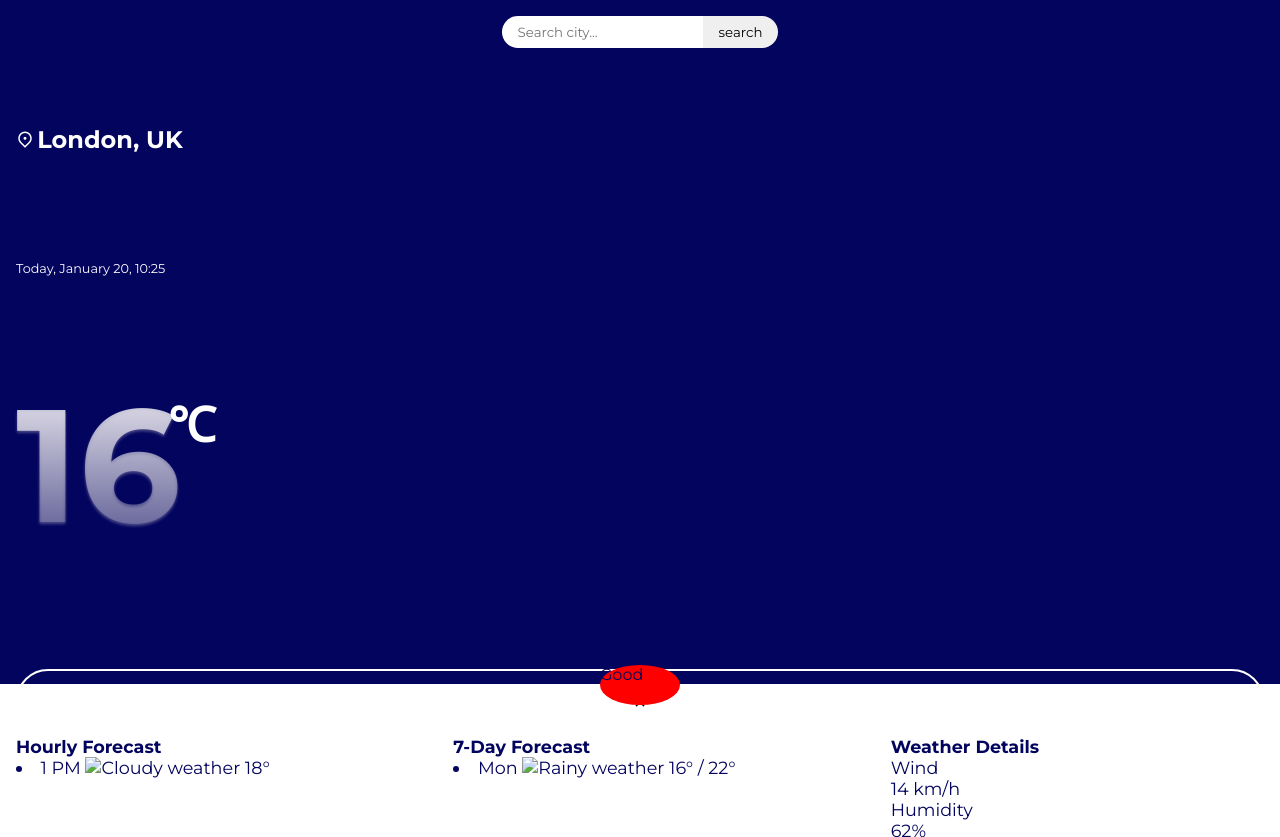
Repository: EguJaredoBoyd/Jared-Weather-App
Page: main.html
An editor plug-in stored every save of this project. The page is shown before and after the next save, followed by the edit.
The browser window is 1280 px wide. The pictures show the whole page.
Some icons come from a web library that is not loaded, so they are not drawn. Some web libraries are served in a nearby version.

Above is the page before, as saved 2026-01-30 20:25:03.

### main.html
<!doctype html>
<html lang="en">
  <head>
    <meta charset="UTF-8" />
    <meta name="viewport" content="width=device-width, initial-scale=1.0" />
    <link rel="preconnect" href="https://fonts.googleapis.com" />
    <link rel="preconnect" href="https://fonts.gstatic.com" crossorigin />
    <link
      href="https://fonts.googleapis.com/css2?family=Montserrat:ital,wght@0,100..900;1,100..900&display=swap"
      rel="stylesheet"
    />
    <link
      href="https://cdn.jsdelivr.net/npm/remixicon@4.8.0/fonts/remixicon.css"
      rel="stylesheet"
    />
    <link rel="stylesheet" href="./css/styles.css" />
    <script src="./js/main.js" defer></script>
    <title>Jared-Weather-App</title>
  </head>
  <body class="weather-app">
    <div class="weather-app__container">
      <header>
        <div class="search-place">
          <input
            type="text"
            placeholder="Search city..."
            aria-label="Search city"
          />
          <button>search</button>
        </div>
      </header>
      <main>
        <section class="current-weather">
          <div class="place-searched">
            <i class="ri-map-pin-2-line"></i>
            <h3 class="city-name">London, UK</h3>
          </div>
          <div class="date-today">
            <time datetime="2026-01-20T10:25">Today, January 20, 10:25</time>
          </div>
          <div class="place-temperature">
            <span class="place-temperature__measure"><h3>16</h3></span>
            <span class="place-temperature__degree"><h3>℃</h3></span>
          </div>
          <div class="place-forecast">
            <article class="forecast-item forecast-item--weather">
              <div>
                <span><i class="ri-drizzle-line"></i></span>
                <time datetime="23:00"> <h4>23:00</h4></time>
              </div>
              <p>Slight chance of rain</p>
            </article>
            <hr />

            <article class="forecast-item forecast-item--wind">
              <div>
                <span><i class="ri-arrow-right-up-long-line"></i></span>
                <h4>14 km/h</h4>
              </div>
              <p>Gentle breeze now</p>
            </article>
            <hr />

            <article class="forecast-item forecast-item--uv">
              <div>
                <span><i class="ri-sun-foggy-line"></i></span>
                <h4>UVI 2</h4>
              </div>
              <p>Low sunburn risk today</p>
            </article>
          </div>
        </section>
        <section class="swipe-section" aria-hidden="true" id="swipe-section">
          <!-- Slide for the hourly and daily forecast -->
          <button class="sheet-handle" id="sheet-handle" aria-expanded="false">
            <i class="ri-arrow-up-double-line" id="icon-handle"></i>
          </button>

          <div class="swipe-forecast">
            <!-- Hourly Forecast -->
            <article class="sheet-card hourly-forecast">
              <h4>Hourly Forecast</h4>

              <ul class="hourly-list">
                <li class="hour">
                  <time datetime="2026-01-27T13:00">1 PM</time>
                  <img src="" alt="Cloudy weather" />
                  <span class="temp">18°</span>
                </li>
              </ul>
            </article>

            <!-- 7-Day Forecast -->
            <article class="sheet-card daily-forecast">
              <h4>7-Day Forecast</h4>

              <ul class="daily-list">
                <li class="day">
                  <span class="day-name">Mon</span>
                  <img src="" alt="Rainy weather" />
                  <span class="temp-range">16° / 22°</span>
                </li>
              </ul>
            </article>

            <!-- Weather Metrics -->
            <article class="sheet-card weather-metrics">
              <h4>Weather Details</h4>

              <dl class="metrics-grid">
                <div class="metric">
                  <dt>Wind</dt>
                  <dd>14 km/h</dd>
                </div>

                <div class="metric">
                  <dt>Humidity</dt>
                  <dd>62%</dd>
                </div>

                <div class="metric">
                  <dt>Pressure</dt>
                  <dd>1013 hPa</dd>
                </div>
              </dl>
            </article>

            <!-- Sun Times -->
            <article class="sheet-card sun-times">
              <h4>Sun</h4>

              <dl class="sun-grid">
                <div>
                  <dt>Sunrise</dt>
                  <dd>
                    <time datetime="2026-01-27T06:34">6:34 AM</time>
                  </dd>
                </div>

                <div>
                  <dt>Sunset</dt>
                  <dd>
                    <time datetime="2026-01-27T18:52">6:52 PM</time>
                  </dd>
                </div>
              </dl>
            </article>
          </div>
        </section>
      </main>
      <footer>
        <div><p>&copy; 2026 Jared-Weather-App</p></div>
      </footer>
    </div>
  </body>
</html>

### css/styles.css
/* ==== CSS RESET ==== */
*,
*::before,
*::after {
  margin: 0;
  padding: 0;
  box-sizing: border-box;
  /* outline: 1px solid red; */
}

:root {
  --background-color: #03045e;
  --text-color: white;
  --font: "Montserrat", sans-serif;
}

html {
  font-size: 16px;
  height: 100%;
}

body {
  background-color: var(--background-color);
  color: var(--text-color);
  height: 100%;
  font-family: var(--font);
}

h1,
h2,
h3,
h4,
h5,
h6 {
  font-size: clamp(0.5rem, 3vw, 1.1rem);
}

p {
  font-size: clamp(0.5rem, 2.5vw, 1.1rem);
}

.weather-app__container {
  display: flex;
  flex-direction: column;
  min-height: 100dvh;
}

.search-place {
  display: flex;
  justify-content: center;
  padding: 1rem;
}

.search-place input {
  padding: 0.5rem 1rem;
  border: none;
  border-bottom-left-radius: 1rem;
  border-top-left-radius: 1rem;
  font-family: var(--font);
}

.search-place button {
  border: none;
  border-top-right-radius: 1rem;
  border-bottom-right-radius: 1rem;
  padding: 0.5rem 1rem;
  font-family: var(--font);
}

main {
  display: flex;
  flex-direction: column;
  padding: 1rem;
}

.current-weather {
  display: flex;
  flex-direction: column;
  row-gap: 1rem;
  justify-content: space-around;
  min-height: 100dvh;
}

.place-searched {
  display: flex;
  align-items: center;
  column-gap: 0.2rem;
  font-size: large;
}

.city-name {
  font-size: clamp(0.5rem, 6vw, 1.5rem);
}

.date-today {
  font-size: clamp(0.5rem, 3vw, 0.8rem);
}

.place-temperature {
  display: flex;
  align-items: center;
  position: relative;
  margin-top: -1rem;
}

.place-temperature__measure h3 {
  font-size: clamp(5rem, 38vw, 10rem);
  background: linear-gradient(to bottom, white, var(--background-color));
  -webkit-background-clip: text;
  background-clip: text;
  -webkit-text-fill-color: transparent;
  text-shadow: 0 2px 3px rgba(243, 235, 235, 0.3);
}

.place-temperature__degree h3 {
  font-size: clamp(1.5rem, 20vw, 3rem);
  position: absolute;
  top: 1.5rem;
  left: clamp(4rem, 40vw, 9.5rem);
}

.place-forecast {
  display: flex;
  justify-content: center;
  border: 2px solid white;
  border-radius: 2rem;
  padding: 1rem;
}

.forecast-item {
  padding-left: 1rem;
  width: 100%;
  max-width: 100%;
}

.forecast-item div {
  display: flex;
  column-gap: 0.2rem;
  margin-bottom: 0.5rem;
  font-size: clamp(0.5rem, 3vw, 1.1rem);
}

.forecast-item p {
  font-size: clamp(0.5rem, 2.5vw, 1.1rem);
  text-align: center;
}

/* Swipe section styles */

.swipe-section {
  position: fixed;
  min-height: 100dvh;
  top: 95%;
  right: 0;
  left: 0;
  transition: transform 2s ease;
  background-color: var(--text-color);
  color: var(--background-color);
}

.swipe-section::before {
  background-color: red;
  content: "Good";
  position: absolute;
  top: -1.2rem;
  left: 50%;
  transform: translateX(-50%);
  width: 80px;
  height: 40px;
  border-radius: 50%;
}

.swipe-section.is-open {
  transform: translateY(-80%);
}

.no-scroll {
  overflow: hidden;
}

.swipe-section button {
  margin: 0.5rem auto;
  display: flex;
  justify-self: center;
  background: none;
  border: none;
}

.swipe-section button i {
  font-size: clamp(0.5rem, 2.5vw, 1.1rem);
}

.swipe-forecast {
  display: grid;
  grid-template-columns: repeat(3, 1fr);
  gap: 2rem;
}

.sheet-card {
  font-size: clamp(0.5rem, 2.5vw, 1.1rem);
  padding: 1rem;
}

.sheet-card ul {
  list-style-position: inside;
}

footer div p {
  text-align: center;
}

### js/main.js
//Target all the buttons necessary
const swipeSection = document.getElementById("swipe-section");
const sheetHandle = document.getElementById("sheet-handle");
const iconHandle = document.getElementById("icon-handle");

//Create a function to handle swipe
function handleSwipe() {
  sheetHandle.addEventListener("click", () => {
    const isOpen = swipeSection.classList.toggle("is-open");

    //Add accessibilty and optimization
    swipeSection.setAttribute("aria-hidden", !isOpen);
    sheetHandle.setAttribute("aria-expanded", isOpen);

    //Statement to switch icons
    iconHandle.className = isOpen
      ? "ri-arrow-down-double-line"
      : "ri-arrow-up-double-line";

    //Add a class to handle the scroll
    document.body.classList.toggle("no-scroll");
  });
}

handleSwipe();

After the next save:
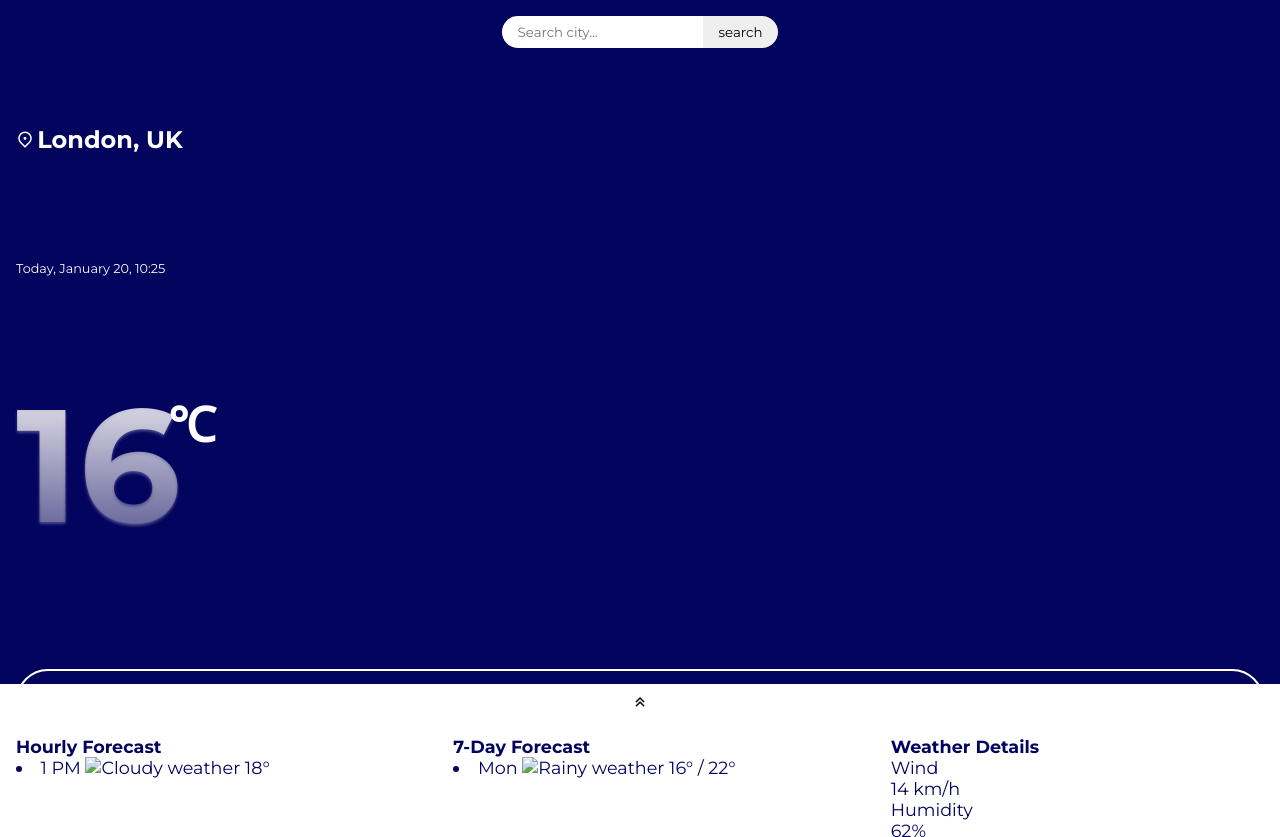
Saved 37 s later.
--- a/css/styles.css
+++ b/css/styles.css
@@ -158,18 +158,6 @@ main {
   color: var(--background-color);
 }
 
-.swipe-section::before {
-  background-color: red;
-  content: "Good";
-  position: absolute;
-  top: -1.2rem;
-  left: 50%;
-  transform: translateX(-50%);
-  width: 80px;
-  height: 40px;
-  border-radius: 50%;
-}
-
 .swipe-section.is-open {
   transform: translateY(-80%);
 }
